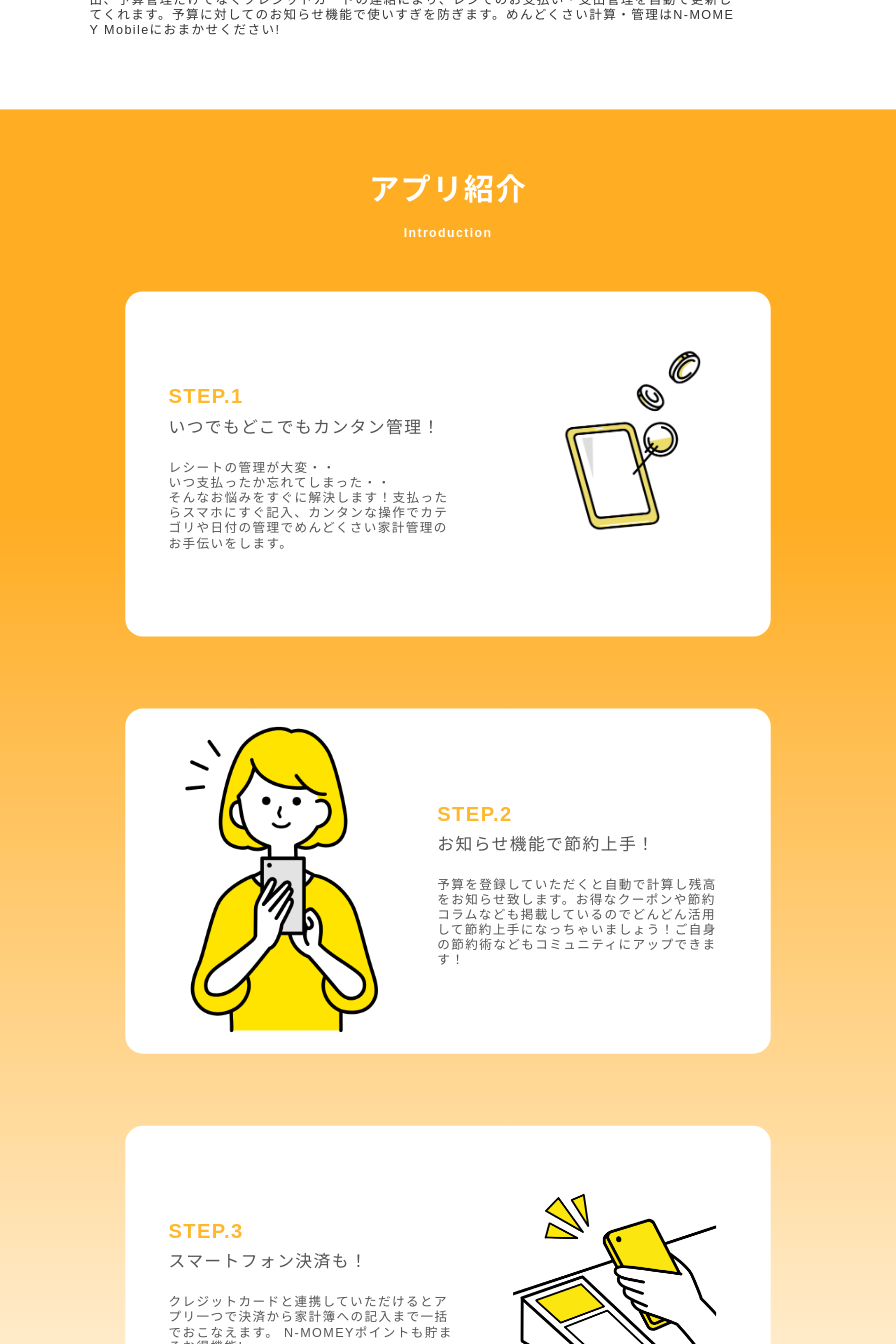
Repository: nozomi-23/lp2_test
Page: index.html
The author's editor kept a copy of each file at every save. The page is drawn from the files as they stood at one save, then again after a run of saves.
The browser window is 1280 px wide. The pictures show the part of the page from y = 885 to 2805 px (the page is 4004 px tall), at 70% of full size.
Some web fonts or font styles are not loaded; a fallback is used.

Above is the page before, as saved 2022-06-18 15:19:41.

### index.html
<!DOCTYPE html>
<html lang="ja">
<head>
  <meta charset="UTF-8">
  <title>家計簿アプリ「N-MONEY」</title>
  <meta name="description" content="「人生をコードと共に」というビジョンを達成するべく、皆さんのプログラミング学習をサポートします。">
  <meta name="keywords" content="家計簿,アプリ,おすすめ">
  <meta name="viewport" content="width=device-width, initial-scale=1.0">
  <meta property="og:title" content="家計簿アプリ「N-MONEY」">
  <meta property="og:type" content="article">
  <meta property="og:url" content="https://withcode-plus.tech">
  <meta property="og:image" content="img/logo.png">
  <meta property="og:description" content="カンタン家計簿アプリ 「N-MONEY」でお得に楽に家計管理。">
  <meta property="og:site_name" content="家計簿アプリ">
  <link rel="icon" href="favicon.ico">
  <link rel="apple-touch-icon" sizes="180x180" href="img/logo.png">
  <link rel="preconnect" href="https://fonts.googleapis.com">
  <link rel="preconnect" href="https://fonts.gstatic.com" crossorigin>
  <link
    href="https://fonts.googleapis.com/css2?family=M+PLUS+1p:wght@400;500;700&family=Noto+Sans+JP:wght@400;500&display=swap"
    rel="stylesheet">
  <link rel="stylesheet" type="text/css" href="css/reset.css">
  <link rel="stylesheet" type="text/css" href="css/common.css">
</head>
<body>
  <!-- ========== header -->
  <header>
    <div class="header_inner">
      <h1 class="header_logo">
        <a href="#"><img src="img/logo.png" alt="ロゴ画像"></a>
      </h1>
      <nav class="header_nav">
        <ul class="header_list">
          <li class="header_item">
            <a href="#introduction">アプリ紹介</a>
          </li>
          <li class="header_item">
            <a href="#how">ご利用方法</a>
          </li>
          <li class="header_item">
            <a href="#fqa">よくある質問</a>
          </li>
          <li class="header_item">
            <a href="#news">お知らせ</a>
          </li>
          <li class="header_item heder_btn">
            <a href="#contact">お問い合わせ</a>
          </li>
        </ul>
      </nav>
      <div class="drawer"></div>
    </div>
  </header>
  <!-- ========== top -->
  <section class="top_section">
    <div class="inner">
      <div class="top_wrapper">
        <div class="top_left">
          <h2 class="title">
            <p>〜 簡単家計簿アプリ 〜</p><br>
            <span>N-MONEY Mobile</span>
          </h2>
          <div class="download">
            <div class="download_apple">
              <a href="https://www.apple.com/jp/app-store/">
                <img src="img/apple.png" alt="Apple Store">
              </a>
            </div>
            <div class="download_google">
              <a href="https://play.google.com/store/apps?hl=ja&gl=US">
                <img src="img/google.png" alt="Google Store">
              </a>
            </div>
          </div>
        </div>
        <div class="top_right">
          <img src="img/top.png" alt="トップ画像">
        </div>
      </div>
    </div>
  </section>
    <!-- ========== feature -->
    <div class="inner">

      <div class="feature_txt">
        <h3 class="feature_ttl">家でも外でもラクラク管理<br>
        N-MOMEY Mobileとは</h3>
        <p>N-MOMEY
        Mobileとはご自宅でも外出先でも簡単に家計を管理できるサービスです。カテゴリ別の支出、予算管理だけでなくクレジットカードの連結により、レジでのお支払い・支出管理を自動で更新してくれます。予算に対してのお知らせ機能で使いすぎを防ぎます。めんどくさい計算・管理はN-MOMEY
        Mobileにおまかせください!</p>
      </div>

    </div>
<!-- ========== Introduction -->
<section class="intro section" id="introduction">
  <div class="inner">
    <h4 class="common_ttl">アプリ紹介<br><small>Introduction</small></h4>
    <div class="intro_wrapper">
      <div class="intro_wrapper_left">
        <h5 class="intro_txt"><strong>STEP.1</strong><br>
          いつでもどこでもカンタン管理！</h5>
          <p>レシートの管理が大変・・<br>
          いつ支払ったか忘れてしまった・・<br>
          そんなお悩みをすぐに解決します！支払ったらスマホにすぐ記入、カンタンな操作でカテゴリや日付の管理でめんどくさい家計管理のお手伝いをします。</p>
      </div>
      <div class="intro_wrapper_right">
        <img src="img/step1.png" alt="スマートフォンの画像">
      </div>
    </div>
    <div class="intro_wrapper intro_wrapper_revers">
      <div class="intro_wrapper_left ">
        <h5 class="intro_txt"><strong>STEP.2</strong><br>
          お知らせ機能で節約上手！</h5>
        <p>予算を登録していただくと自動で計算し残高をお知らせ致します。お得なクーポンや節約コラムなども掲載しているのでどんどん活用して節約上手になっちゃいましょう！ご自身の節約術などもコミュニティにアップできます！
          </p>
      </div>
      <div class="intro_wrapper_right">
        <img src="img/step2.png" alt="スマートフォンの画像">
      </div>
    </div>
    <div class="intro_wrapper">
      <div class="intro_wrapper_left">
        <h5 class="intro_txt"><strong>STEP.3</strong><br>
          スマートフォン決済も！</h5>
        <p>クレジットカードと連携していただけるとアプリ一つで決済から家計簿への記入まで一括でおこなえます。
        N-MOMEYポイントも貯まるお得機能!<br>
        貯まったポイントは100ポイント1円からご利用いただけます。</p>
      </div>
      <div class="intro_wrapper_right">
        <img src="img/step3.png" alt="スマートフォンの画像">
      </div>
    </div>
  </div>
</section>
<!-- ========== how -->
<section class="how section" id="how">
  <div class="inner">
    <h4 class="common_ttl">アプリ紹介<br><small>Introduction</small></h4>
    <div class="how_wrapper">
      <div class="how_wrapper_item">
        <h5>iOS</h5>
        <ul>
          <li>1.Apple Store</li>
          <p>▼</p>
          <li>2.N-MOMEYと検索</li>
          <p>▼</p>
          <li>3.アプリをダウンロード</li>
          <p>▼</p>
          <li>4.アカウント登録</li>
          <p>▼</p>
          <li>5.クレジットカード登録(任意)</li>
          <p>▼</p>
        </ul>
      </div>
      <div class="how_wrapper_item">
        <h5>Android</h5>
        <ul>
          <li>1.Google Store</li>
          <p>▼</p>
          <li>2.N-MOMEYと検索</li>
          <p>▼</p>
          <li>3.アプリをダウンロード</li>
          <p>▼</p>
          <li>4.アカウント登録</li>
          <p>▼</p>
          <li>5.クレジットカード登録(任意)</li>
          <p>▼</p>
        </ul>
      </div>
    </div>
  </div>
</section>
</body>
</html>

### css/reset.css
@charset "UTF-8";

html,
body,
div,
span,
object,
iframe,
h1,
h2,
h3,
h4,
h5,
h6,
p,
blockquote,
pre,
abbr,
address,
cite,
code,
del,
dfn,
em,
img,
ins,
kbd,
q,
samp,
small,
strong,
sub,
sup,
var,
b,
i,
dl,
dt,
dd,
ol,
ul,
li,
fieldset,
form,
label,
legend,
table,
caption,
tbody,
tfoot,
thead,
tr,
th,
td,
article,
aside,
canvas,
details,
figcaption,
figure,
footer,
header,
hgroup,
menu,
nav,
section,
summary,
time,
mark,
audio,
video {
  margin: 0;
  padding: 0;
  border: 0;
  outline: 0;
  font-size: 100%;
  vertical-align: baseline;
  background: transparent;
}

body {
  line-height: 1;
}

article,
aside,
details,
figcaption,
figure,
footer,
header,
hgroup,
menu,
nav,
section {
  display: block;
}

nav ul {
  list-style: none;
}

blockquote,
q {
  quotes: none;
}

blockquote:before,
blockquote:after,
q:before,
q:after {
  content: '';
  content: none;
}

a {
  margin: 0;
  padding: 0;
  font-size: 100%;
  vertical-align: baseline;
  background: transparent;
}

/* change colours to suit your needs */
ins {
  background-color: #ff9;
  color: #000;
  text-decoration: none;
}

/* change colours to suit your needs */
mark {
  background-color: #ff9;
  color: #000;
  font-style: italic;
  font-weight: bold;
}

del {
  text-decoration: line-through;
}

abbr[title],
dfn[title] {
  border-bottom: 1px dotted;
  cursor: help;
}

table {
  border-collapse: collapse;
  border-spacing: 0;
}

/* change border colour to suit your needs */
hr {
  display: block;
  height: 1px;
  border: 0;
  border-top: 1px solid #cccccc;
  margin: 1em 0;
  padding: 0;
}

input,
select {
  vertical-align: middle;
}

### css/common.css
@charset "UTF-8";

body {
  font-size: 18px;
  line-height: 1.2;
  letter-spacing: 2px;
  word-break: break-all;
  color: #555;
  font-family: 'M PLUS 1p', sans-serif ,
  'Noto Sans JP', sans-serif;
}
li {
  list-style: none;
}
a {
  text-decoration: none;
  color: #333;
}
/* ===================
共通レイアウト
======================*/
.section {
  padding: 7% 0;
  position: relative;
  background-color: rgba(255, 105, 180, 0.085);
}
.inner {
  width: 80%;
  margin: 0 auto;
  /* background-color: rgb(221, 240, 240); */
}
/* ===================
共通パーツ
======================*/
.common_ttl {
  text-align: center;
  color: #5A5757;
  font-size: 2.7rem;
  margin-bottom: 6.5%;
}
.common_ttl small {
  font-size: 1.1rem;
}

/* ===================
header
======================*/
.header_inner {
  width: 90%;
  height: 15vh;
  margin: 0 auto;
  display: flex;
  justify-content: space-between;
  align-items: center;
}
.header_logo {
  position: fixed;
  top: 1rem;
  z-index: 3;
}
.header_logo img {
  width: 100%;
  height: 100%;
}
.header_nav {
  margin-left: auto;
}
.header_list {
  display: flex;
  justify-content: flex-end;
  align-items: center;
}
.header_list li {
  margin-left: 1.8rem;
}
.header_list li a:hover {
  opacity: 0.5;
}
.heder_btn a{
  background: #FFB72B;
  color: #fff;
  line-height: 3;
  border-radius: 15px;
  display: inline-block;
  padding: 0 1.8rem;
}
/* ===================
top
======================*/
.top_wrapper {
  margin-top: 10%;
  height: auto;
  display: flex;
  justify-content: space-evenly;
  align-items: center;
}
.top_left {
  text-align: center;
  width: 50%;
  height: auto;
}
.title p{
  font-size: 1.7rem;
  font-weight: 400;
  margin-bottom: 2%;
  color: #333;
}
.title span {
  font-size: 3.5rem;
  color: #FFB72B;
  font-weight: bold;
}
.download {
  display: flex;
  align-items: center;
  justify-content: space-evenly;
  margin-top: 10%;
}
.download_apple {
  width: 35%;
}
.download_apple img {
  width: 100%;
  height: 100%;
}
.download_google {
  width: 35%;
}
.download_google img {
  width: 100%;
  height: 100%;
}
.top_right {
  width: 42%;
  height: auto;
}
.top_right img {
  width: 100%;
  height: 100%;

}
/* ===================
feature
======================*/
.feature_txt {
  width: 90%;
  margin-bottom: 10%;
}
.feature_ttl {
  font-size: 1.9rem;
  color: #FFB72B;
  font-weight: 400;
  margin: 5% 0 2% 0;
  line-height: 1.5;
}
.feature_ttl::after {
  content: "";
  display: inline-block;
  width: 100px;
  height: 2px;
  background: #FFB72B;
  margin-left: 2%;
  vertical-align: middle;
}
.feature_txt p {
  color: #333;
}
/* ===================
Introduction
======================*/
.intro {
  background: linear-gradient(180deg, #FFAD23 27.08%, rgba(255, 173, 35, 0) 100%);
}
.common_ttl:nth-child(1) {
  color: #fff;
}
.intro_wrapper {
  width: 90%;
  height: 60vh;
  display: flex;
  align-items: center;
  justify-content: space-evenly;
  background: #fff;
  border-radius: 25px;
  margin: 0 auto;
  padding: 3% 0;
  margin-bottom: 10%;
}
.intro_wrapper_left {
  width: 45%;
  height: auto;
}
.intro_txt {
  font-size: 1.5rem;
  font-weight: 500;
  margin-bottom: 8%;
}
.intro_txt strong {
  font-weight: bold;
  color: #FFB72B;
  font-size: 1.8rem;
  margin-top: 1rem;
  line-height: 2;
}
.intro_wrapper_right {
width: 35%;
height: auto;
text-align: center;
}
.intro_wrapper_right img {
  max-width: 90%;

}
.intro_wrapper_revers {
  display: flex;
  flex-direction: row-reverse;
}

After the next 3 saves:
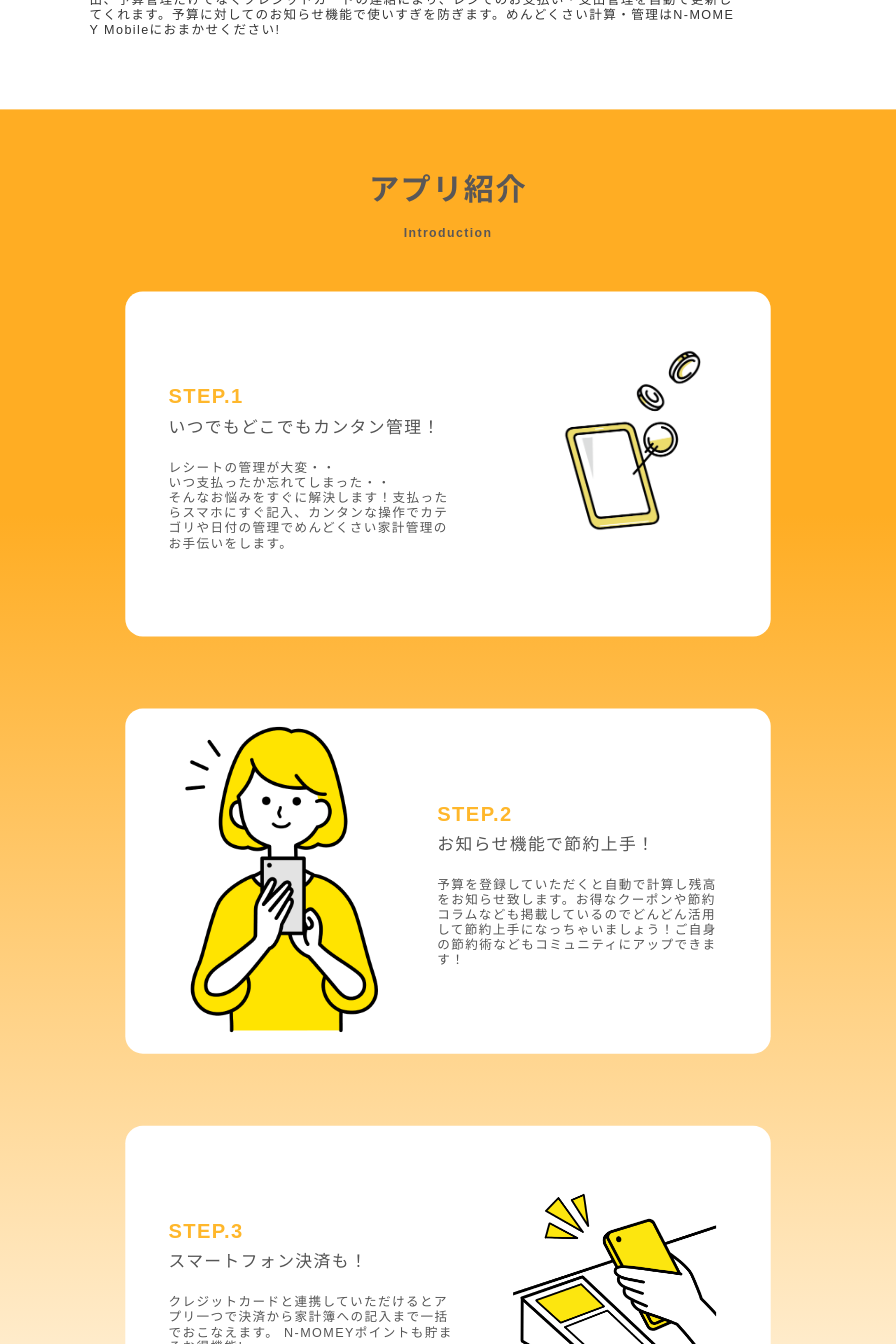
The 3 saves are shown as one change because they came seconds apart.
The last was saved 47 s later.
--- a/css/common.css
+++ b/css/common.css
@@ -171,7 +171,7 @@ Introduction
 .intro {
   background: linear-gradient(180deg, #FFAD23 27.08%, rgba(255, 173, 35, 0) 100%);
 }
-.common_ttl:nth-child(1) {
+.common_ttl:fr-child {
   color: #fff;
 }
 .intro_wrapper {
